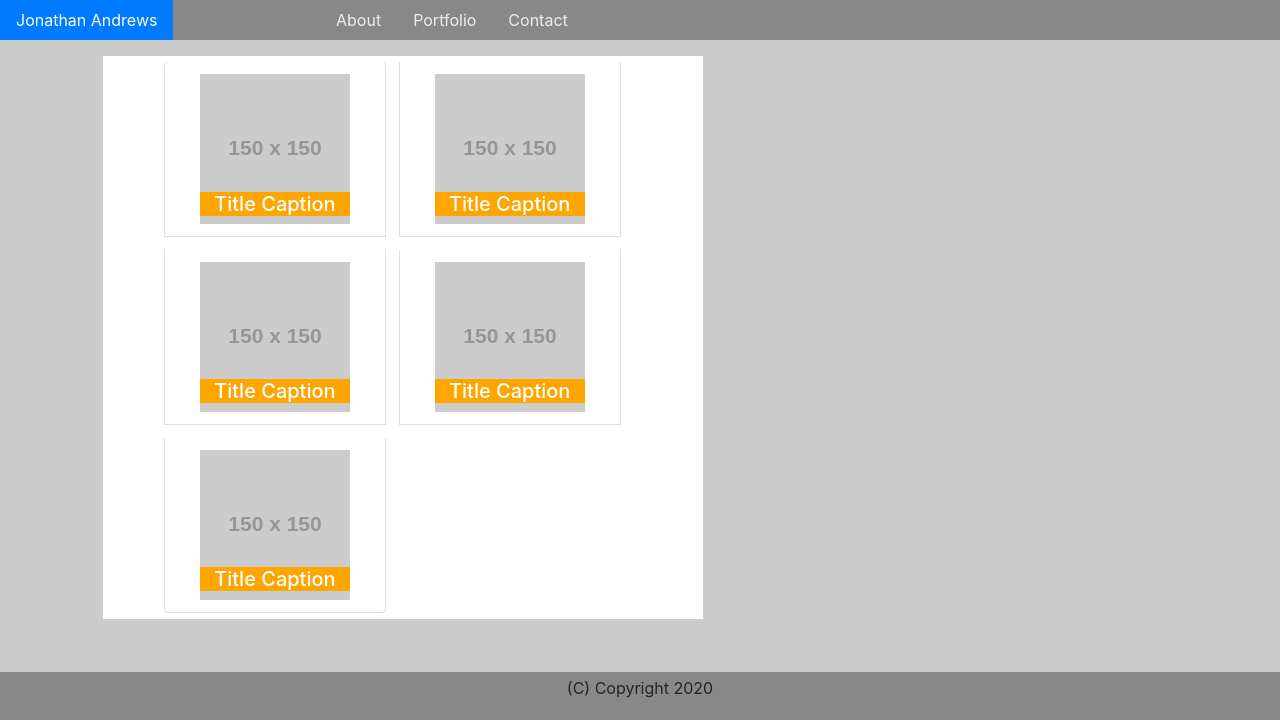
Repository: ionathas78/ionathas78.github.io
Page: portfolio.html
An editor plug-in stored every save of this project. The page is shown before and after the next save, followed by the edit.
The browser window is 1280 px wide. The pictures show the whole page.

Above is the page before, as saved 2020-03-17 18:36:03.

### portfolio.html
<!DOCTYPE html>
<html lang="en">
<head>
    <meta charset="UTF-8">
    <meta name="viewport" content="width=device-width, initial-scale=1.0">
    <title>Jonathan Andrews</title>

    <link rel="stylesheet" href="https://stackpath.bootstrapcdn.com/bootstrap/4.4.1/css/bootstrap.min.css" integrity="sha384-Vkoo8x4CGsO3+Hhxv8T/Q5PaXtkKtu6ug5TOeNV6gBiFeWPGFN9MuhOf23Q9Ifjh" crossorigin="anonymous">
    <style type="text/CSS">.list-group-item, li:first-child {border-top: 0;}</style>
</head>
<body style="background-color: #ccc">
    <header >
        <ul class="nav col-sm-12 col-med-3 col-lg-3 float-left" style="background-color: #888;">
            <li class="nav-item bg-primary">
              <a class="nav-link active" href="#" style="color: white;">Jonathan Andrews</a>
            </li>
        </ul>
        <ul class="nav col-sm-12 col-med-9 col-lg-9 float-left" style="background-color: #888;">
            <li class="nav-item">
              <a class="nav-link" href="index.html" style="color: #eee;">About</a>
            </li>
            <li class="nav-item">
              <a class="nav-link active" href="portfolio.html" style="color: #eee;">Portfolio</a>
            </li>
            <li class="nav-item">
                <a class="nav-link" href="contact.html" style="color: #eee;">Contact</a>
            </li>
        </ul>
        <ul class="nav col-sm-0 col-med-6 col-lg-6" style="background-color: #888;">
        </ul>
    </header>

    <div class="container">
        <div class="row" style="clear:both;">
            <div class="col-md-7">
                <div class="container clearfix" style="max-width: 600px; background-color: white;">
                    <!-- <ul class="list-group list-group-horizontal float-left"> -->
                    <ul>
                        <li class="list-group-item float-left" style="margin: 0.5vw;">
                            <div class="container">
                                <a style="position: relative;" href="" target="_blank"><img src="https://via.placeholder.com/150" alt="Placeholder Item Image"/></a>
                                <h5 style="position: absolute; background-color: orange; color: white; bottom: 1vw; width: 150px; text-align: center;">Title Caption</h5>
                            </div>
                        </li>
                        <li class="list-group-item float-left" style="margin: 0.5vw;">
                            <div class="container">
                                <a style="position: relative;" href="" target="_blank"><img src="https://via.placeholder.com/150" alt="Placeholder Item Image"/></a>
                                <h5 style="position: absolute; background-color: orange; color: white; bottom: 1vw; width: 150px; text-align: center;">Title Caption</h5>
                            </div>
                        </li>
                        <li class="list-group-item float-left" style="margin: 0.5vw;">
                            <div class="container">
                                <a style="position: relative;" href="" target="_blank"><img src="https://via.placeholder.com/150" alt="Placeholder Item Image"/></a>
                                <h5 style="position: absolute; background-color: orange; color: white; bottom: 1vw; width: 150px; text-align: center;">Title Caption</h5>
                            </div>
                        </li>
                        <li class="list-group-item float-left" style="margin: 0.5vw;">
                            <div class="container">
                                <a style="position: relative;" href="" target="_blank"><img src="https://via.placeholder.com/150" alt="Placeholder Item Image"/></a>
                                <h5 style="position: absolute; background-color: orange; color: white; bottom: 1vw; width: 150px; text-align: center;">Title Caption</h5>
                            </div>
                        </li>
                        <li class="list-group-item float-left" style="margin: 0.5vw;">
                            <div class="container">
                                <a style="position: relative;" href="" target="_blank"><img src="https://via.placeholder.com/150" alt="Placeholder Item Image"/></a>
                                <h5 style="position: absolute; background-color: orange; color: white; bottom: 1vw; width: 150px; text-align: center;">Title Caption</h5>
                            </div>
                        </li>
                      </ul>
                </div>
            </div>
        </div>
    </div>

    <footer style="position: fixed; bottom: 0; background-color: #888; width: 100%;">
        <p style="line-height: 200%; text-align: center;">
            (C) Copyright 2020
        </p>
    </footer>
    <!-- JS Scripts -->

    <script src="https://code.jquery.com/jquery-3.4.1.slim.min.js" integrity="sha384-J6qa4849blE2+poT4WnyKhv5vZF5SrPo0iEjwBvKU7imGFAV0wwj1yYfoRSJoZ+n" crossorigin="anonymous"></script>
    <script src="https://cdn.jsdelivr.net/npm/popper.js@1.16.0/dist/umd/popper.min.js" integrity="sha384-Q6E9RHvbIyZFJoft+2mJbHaEWldlvI9IOYy5n3zV9zzTtmI3UksdQRVvoxMfooAo" crossorigin="anonymous"></script>
    <script src="https://stackpath.bootstrapcdn.com/bootstrap/4.4.1/js/bootstrap.min.js" integrity="sha384-wfSDF2E50Y2D1uUdj0O3uMBJnjuUD4Ih7YwaYd1iqfktj0Uod8GCExl3Og8ifwB6" crossorigin="anonymous"></script>
</body>
</html>

After the next save:
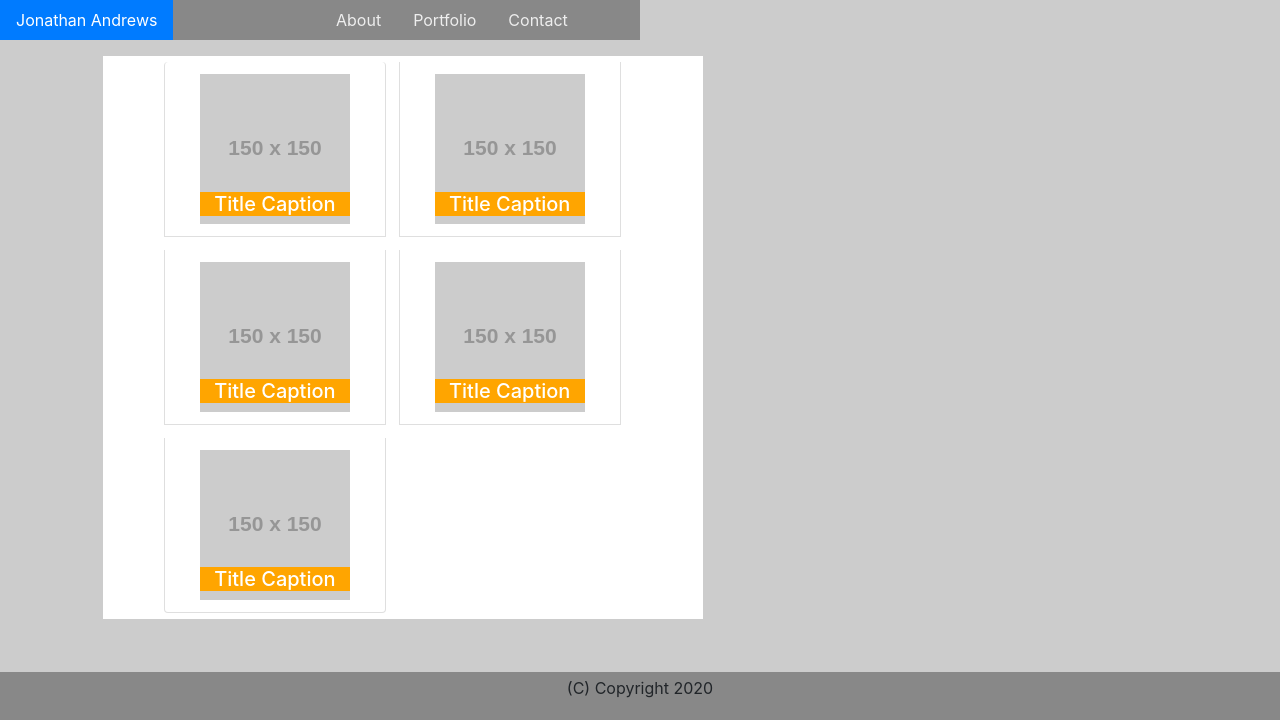
Saved 14 s later.
--- a/portfolio.html
+++ b/portfolio.html
@@ -15,7 +15,7 @@
               <a class="nav-link active" href="#" style="color: white;">Jonathan Andrews</a>
             </li>
         </ul>
-        <ul class="nav col-sm-12 col-med-9 col-lg-9 float-left" style="background-color: #888;">
+        <ul class="nav col-sm-12 col-med-3 col-lg-3 float-left" style="background-color: #888;">
             <li class="nav-item">
               <a class="nav-link" href="index.html" style="color: #eee;">About</a>
             </li>
